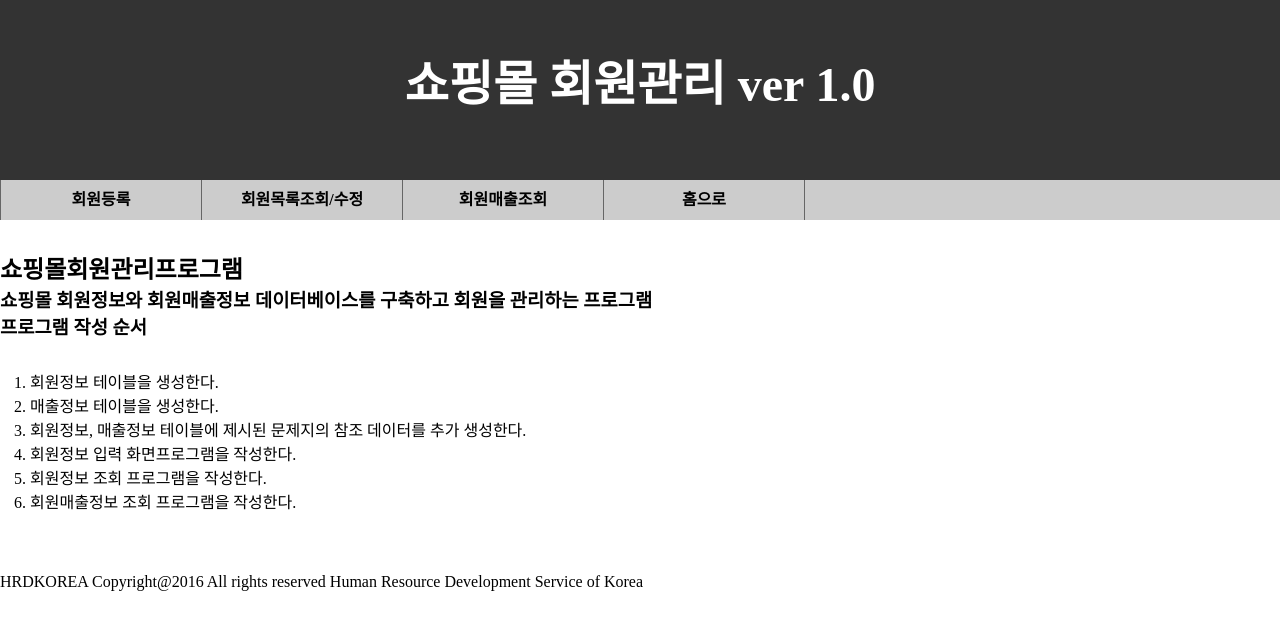
Repository: jsky1234/NCS
Page: http://localhost/HRD_1/admin.jsp
An editor plug-in stored every save of this project. The page is shown before and after the next save, followed by the edit.
The browser window is 1280 px wide. The pictures show the whole page.
The page is served by Tomcat 9. Other server files are loaded and not shown.

Above is the page before, as saved 2020-11-09 02:32:35.

### ncs1/HRD_1/WebContent/admin.jsp
<%@ page language="java" contentType="text/html; charset=UTF-8"
    pageEncoding="UTF-8"%>
<!DOCTYPE html>
<html>
<head>
<meta charset="UTF-8">
<title>관리자 모드로 로그인 중</title>
<style>
* { margin: 0; padding: 0; }
body, html { width: 100%; height: 100%; }
ul { list-style : none; }
a { text-decoration: none; }

button, label, input { outline: 0; border: 0; user-select: none; }
img { border: 0; }
ol { padding: 30px; }
.hd { clear: both; min-height: 180px; background-color: #333; }
.tit { font-size: 48px; text-align: center; line-height: 140px; color: #fff; padding-top: 15px;}
.gnb { clear: both; height: 40px; background-color: #cccccc; }
.gnb li { float: left; min-width: 120px; width: auto; }
.gnb a { display:block; text-align: center; line-height: 40px; width: 200px; height: 40px; color: #000000; font-weight: 700; border-left: 1px solid #666666; }
.gnb li:last-child { border-right: 1px solid #666666; }

.page { clear: both; padding: 30px 0 30px 0; }
.page_tit
</style>
</head>
<body>
<header class="hd">
	<h2 class="tit">쇼핑몰 회원관리 ver 1.0</h2>
</header>
<nav class="gnb">
	<ul>
		<li><a href="">회원등록</a></li>
		<li><a href="">회원목록조회/수정</a></li>
		<li><a href="">회원매출조회</a></li>
		<li><a href="">홈으로</a></li>
	</ul>
</nav>
<main class="content">
	<section class="page" id="page1">
		<h2 class="page_tit">쇼핑몰회원관리프로그램</h2>
		<div class="main_help">
			<h3 class="item_tit">쇼핑몰 회원정보와 회원매출정보 데이터베이스를 구축하고 회원을 관리하는 프로그램</h3>
			<h3 class="item_tit">프로그램 작성 순서</h3>
			<ol>
				<li>회원정보 테이블을 생성한다.</li>
				<li>매출정보 테이블을 생성한다.</li>
				<li>회원정보, 매출정보 테이블에 제시된 문제지의 참조 데이터를 추가 생성한다.</li>
				<li>회원정보 입력 화면프로그램을 작성한다.</li>
				<li>회원정보 조회 프로그램을 작성한다.</li>
				<li>회원매출정보 조회 프로그램을 작성한다.</li>
			</ol>
		</div>
	</section>
</main>
<footer class="ft">
	<div class="ft_wrap">
		<div class="admin_copy">
			<p class="copyright">HRDKOREA Copyright@2016 All rights reserved Human Resource Development Service of Korea</p>
		</div>
	</div>
</footer>
</body>
</html>

After the next save:
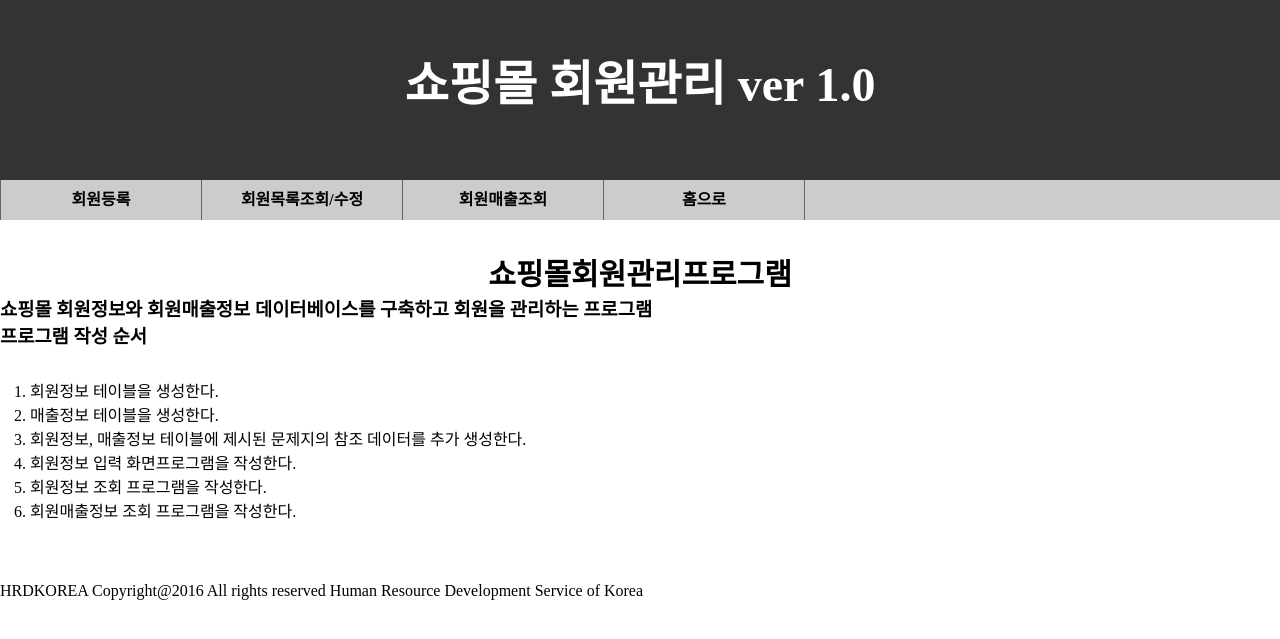
Saved 25 s later.
--- a/ncs1/HRD_1/WebContent/admin.jsp
+++ b/ncs1/HRD_1/WebContent/admin.jsp
@@ -22,7 +22,7 @@ ol { padding: 30px; }
 .gnb li:last-child { border-right: 1px solid #666666; }
 
 .page { clear: both; padding: 30px 0 30px 0; }
-.page_tit
+.page_tit { text-align: center; font-size: 30px; }
 </style>
 </head>
 <body>
